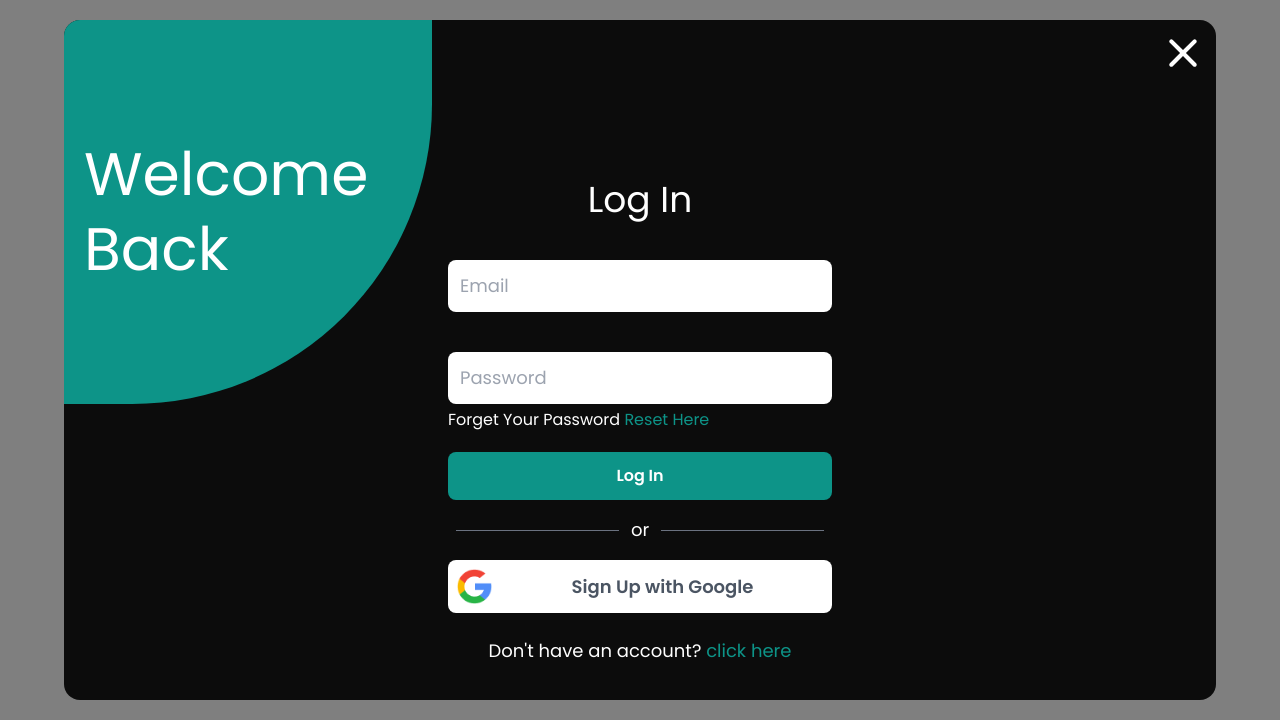
Repository: Ahmed77669/GT-Exams
Page: /
An editor plug-in stored every save of this project. The page is shown before and after the next save, followed by the edit.
The browser window is 1280 px wide. The pictures show the whole page.
The project was rebuilt for these pictures with package versions that can differ from the ones it lists, and the page was loaded fresh each time. The framework's server and built-in components were replaced by stand-ins that run in the browser. Also part of the build but not shown: next.config.mjs.

Above is the page before, as saved 2024-10-05 10:13:18.

### app/page.tsx
'use client'
import Login from "@/components/login";
import NavBarHome from "@/components/Navbar";
import Signup from "@/components/signup";
import Image from "next/image";

export default function Home() {
  return (
    <main>
<div className="fixed top-0 left-0 w-full h-full bg-black bg-opacity-50 flex justify-center items-center z-[1000]">
<div className="p-5 rounded-lg max-w-[1600px] w-full">
      <Login/>
      </div>
      </div>
          </main>
  );
}

### components/login.tsx
import React, { useState } from 'react';
import { Poppins } from "next/font/google";
import { CloseRounded } from '@mui/icons-material';
import { IconButton } from '@mui/material';
import google from '@/public/google.png';
import Image from 'next/image';
import { useRouter } from 'next/navigation';
import { motion } from 'framer-motion';


const poppins = Poppins({
  subsets: ["latin"],
  weight: ["100", "200", "300", "400", "500", "600", "700"],
});

interface LoginProps {
  closeSignup: () => void;
  toggleForm: (formType: 'signup' | 'resetPassword') => void;
}

const pageVariants = {
  hidden: { opacity: 0, y: -20 },
  visible: { opacity: 1, y: 0, transition: { duration: 0.7 } },
};

const Login: React.FC<LoginProps> = ({ closeSignup, toggleForm }) => {
  const route = useRouter();

  const handleSubmit = (event: React.FormEvent) => {
    event.preventDefault();
    route.push('./home');
  };




  return (
    <motion.div variants={pageVariants} initial="hidden" animate="visible">
      <section className={poppins.className}>
        <div className="flex justify-center items-center h-screen ">
          <div className="bg-black/90 w-full max-w-6xl rounded-2xl min-h-[680px]">
            <div className="grid md:grid-cols-3 gap-6 text-white">
              <div className="bg-teal-600 w-full h-96 rounded-tl-2xl rounded-br-[300px] flex items-center">
                <h1 className="text-6xl ml-5 leading-[1.25]">Welcome Back</h1>
              </div>
              <div className="flex flex-col items-center justify-center mt-40">
                <p className="text-center mb-10 text-4xl">Log In</p>
                <form className="flex flex-col items-center" onSubmit={handleSubmit}>
                  <input
                    type="email"
                    name="email"
                    className="text-field w-96 text-lg p-3 mb-10 rounded-lg text-black"
                    placeholder="Email"
                    required
                  />
                  <input
                    type="password"
                    name="password"
                    className="text-field w-96 text-lg p-3  rounded-lg text-black mb-1"
                    placeholder="Password"
                    required

                  />
                  <div className='flex justify-start w-full mb-5'>
                                    <p className="text-m">
                    Forget Your Password{" "}
                    <span
                      className="text-teal-600 cursor-pointer"
                      onClick={() => toggleForm("signup")}
                    >
                      Reset Here
                    </span>
                  </p>
                  </div>
                  <button className="w-96 bg-teal-600 text-white p-3 rounded-lg hover:opacity-90 font-semibold">
                    Log In
                  </button>
                </form>
                <div className="flex items-center mt-4 w-full">
                  <hr className="flex-1 border-t border-gray-500" />
                  <p className="mx-3 text-lg">or</p>
                  <hr className="flex-1 border-t border-gray-500" />
                </div>
                <div className="flex justify-center mt-4">
                  <button className="w-96 bg-white text-gray-600 p-1 rounded-lg flex items-center hover:opacity-90">
                    <Image src={google} alt="google icon" width={45} />
                    <span className="flex-1 text-center text-lg font-semibold">Sign Up with Google</span>
                  </button>
                </div>
                <div className="text-center mt-6">
                  <p className="text-lg">
                    Don't have an account?{" "}
                    <span
                      className="text-teal-600 cursor-pointer"
                      onClick={() => toggleForm("signup")}
                    >
                      click here
                    </span>
                  </p>
                </div>
              </div>
              <div className="flex justify-end  items-start ">
                <IconButton aria-label="close" onClick={closeSignup} className="m-5">
                  <CloseRounded className="text-white" style={{ fontSize: "50px" }} />
                </IconButton>
              </div>
            </div>
          </div>
        </div>
      </section>
    </motion.div>
  );
};

export default Login;

### components/signup.tsx
import React, { useState } from 'react';
import { Poppins } from "next/font/google";
import { CloseRounded } from '@mui/icons-material';
import { IconButton } from '@mui/material';
import google from '@/public/google.png';
import Image from 'next/image';
import { useRouter } from 'next/navigation';
import { motion } from 'framer-motion';


const poppins = Poppins({
  subsets: ["latin"],
  weight: ["100", "200", "300", "400", "500", "600", "700"],
});

interface SignupProps {
  closeSignup: () => void;
  toggleForm: (formType: 'login' | 'resetPassword') => void;
}

const pageVariants = {
  hidden: { opacity: 0, y: -20 },
  visible: { opacity: 1, y: 0, transition: { duration: 0.7 } },
};

const Signup: React.FC<SignupProps> = ({ closeSignup, toggleForm }) => {
  const [user, setUser] = useState({ name: "", email: "", password: ""});
  const route = useRouter();

  const handleSubmit = async (event: React.FormEvent) => {
    event.preventDefault();
    console.log(user);
    if (user) {
      const response = await fetch('/api/auth/register', {
          method: "POST",
          body: JSON.stringify(user)
      });
      route.push('./home');
      return response;
  }
  return null;
  };




  return (
    <motion.div variants={pageVariants} initial="hidden" animate="visible">
      <section className={poppins.className}>
        <div className="flex justify-center items-center h-screen ">
          <div className="bg-black/90 w-full max-w-6xl rounded-2xl min-h-[680px]">
            <div className="grid md:grid-cols-3 gap-6 text-white">
              <div className="bg-teal-600 w-full h-96 rounded-tl-2xl rounded-br-[300px] flex items-center">
                <h1 className="text-6xl ml-5">Welcome</h1>
              </div>
              <div className="flex flex-col items-center justify-center mt-20">
                <p className="text-center mb-10 text-4xl">Sign Up</p>
                <form className="flex flex-col items-center" onSubmit={handleSubmit}>
                  <input
                    type="text"
                    name="name"
                    className="text-field w-96 text-lg p-3 mb-10 rounded-lg text-black"
                    placeholder="User Name"
                    onChange={e => setUser(p => ({ ...p, name: e.target.value }))}
                    required
                  />
                  <input
                    type="email"
                    name="email"
                    className="text-field w-96 text-lg p-3 mb-10 rounded-lg text-black"
                    placeholder="Email"
                    onChange={e => setUser(p => ({ ...p, email: e.target.value }))}
                    required
                  />
                  <input
                    type="password"
                    name="password"
                    className="text-field w-96 text-lg p-3 mb-10 rounded-lg text-black"
                    placeholder="Password"
                    onChange={e => setUser(p => ({ ...p, password: e.target.value }))}

                    required
                  />
                  <button className="w-96 bg-teal-600 text-white p-3 rounded-lg hover:opacity-90 font-semibold">
                    Sign Up
                  </button>
                </form>
                <div className="flex items-center mt-4 w-full">
                  <hr className="flex-1 border-t border-gray-500" />
                  <p className="mx-3 text-lg">or</p>
                  <hr className="flex-1 border-t border-gray-500" />
                </div>
                <div className="flex justify-center mt-4">
                  <button className="w-96 bg-white text-gray-600 p-1 rounded-lg flex items-center hover:opacity-90">
                    <Image src={google} alt="google icon" width={45} />
                    <span className="flex-1 text-center text-lg font-semibold">Sign Up with Google</span>
                  </button>
                </div>
                <div className="text-center mt-6">
                  <p className="text-lg">
                    Have already an account?{" "}
                    <span
                      className="text-teal-600 cursor-pointer"
                      onClick={() => toggleForm("login")}
                    >
                      click here
                    </span>
                  </p>
                </div>
              </div>
              <div className="flex justify-end  items-start ">
                <IconButton aria-label="close" onClick={closeSignup} className="m-5">
                  <CloseRounded className="text-white" style={{ fontSize: "50px" }} />
                </IconButton>
              </div>
            </div>
          </div>
        </div>
      </section>
    </motion.div>
  );
};

export default Signup;

Loaded but not shown: app/layout.tsx (common file); app/globals.css (common file); tailwind.config.ts (common file)

After the next save:
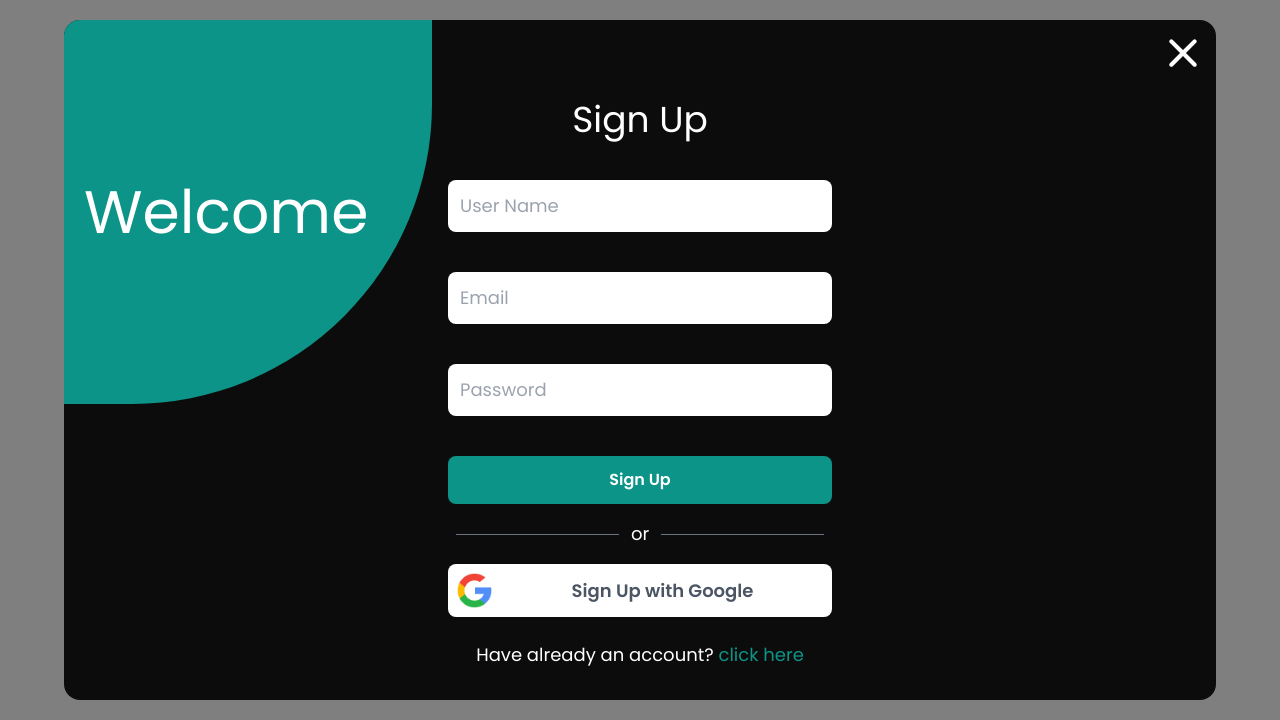
Saved 86 s later.
--- a/app/page.tsx
+++ b/app/page.tsx
@@ -9,7 +9,7 @@ export default function Home() {
     <main>
 <div className="fixed top-0 left-0 w-full h-full bg-black bg-opacity-50 flex justify-center items-center z-[1000]">
 <div className="p-5 rounded-lg max-w-[1600px] w-full">
-      <Login/>
+      <Signup/>
       </div>
       </div>
           </main>
